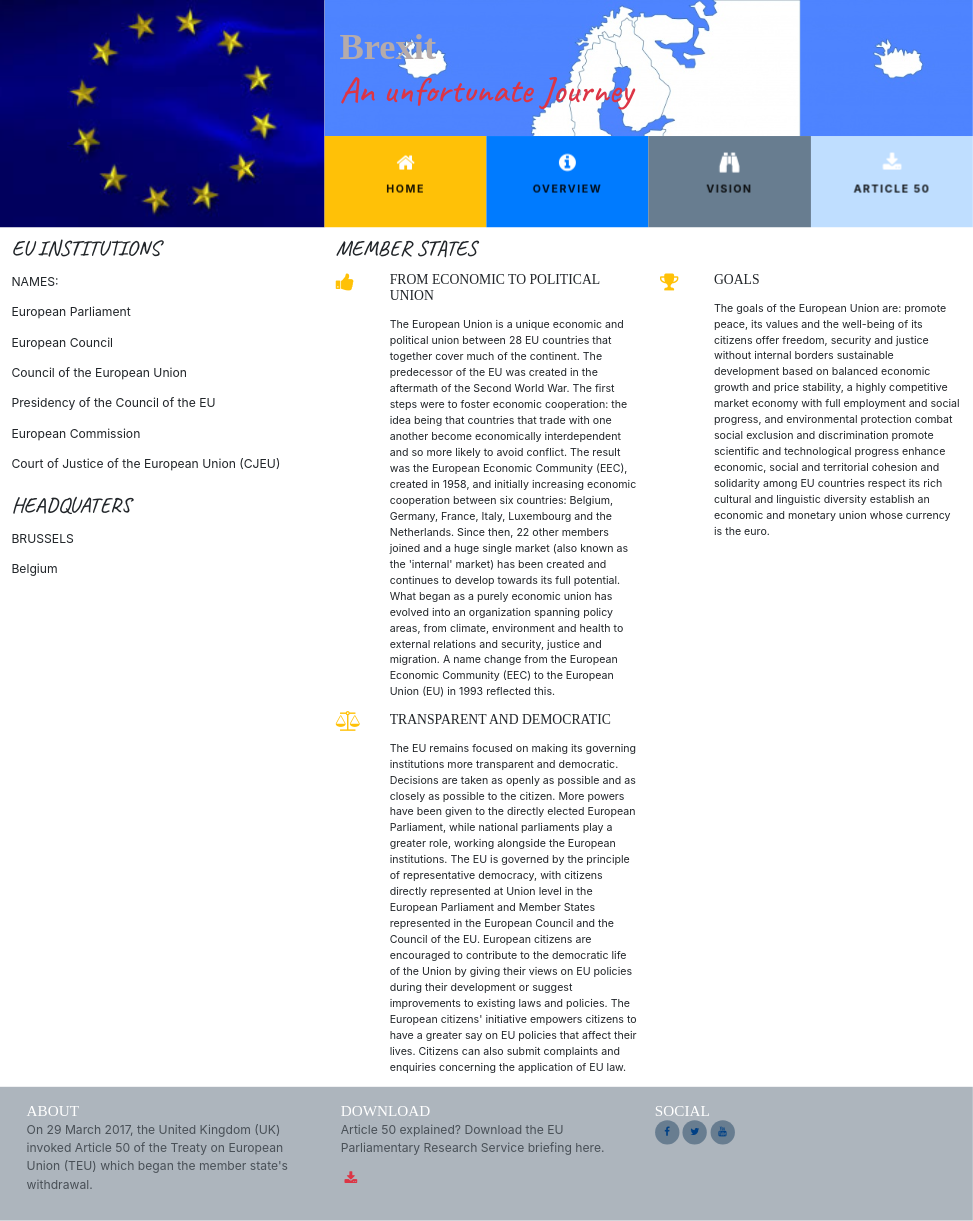
Repository: isiko1/Milestone_Project_One
Page: index.html
The author's editor kept a record of every edit. The page is drawn from the files as they stood at one moment, then again after the next edit.
The browser window is 1280 px wide. The pictures show the whole page, at 76% of full size.
Some web fonts or font styles are not loaded; a fallback is used.

Above is the page before.

After the next edit:
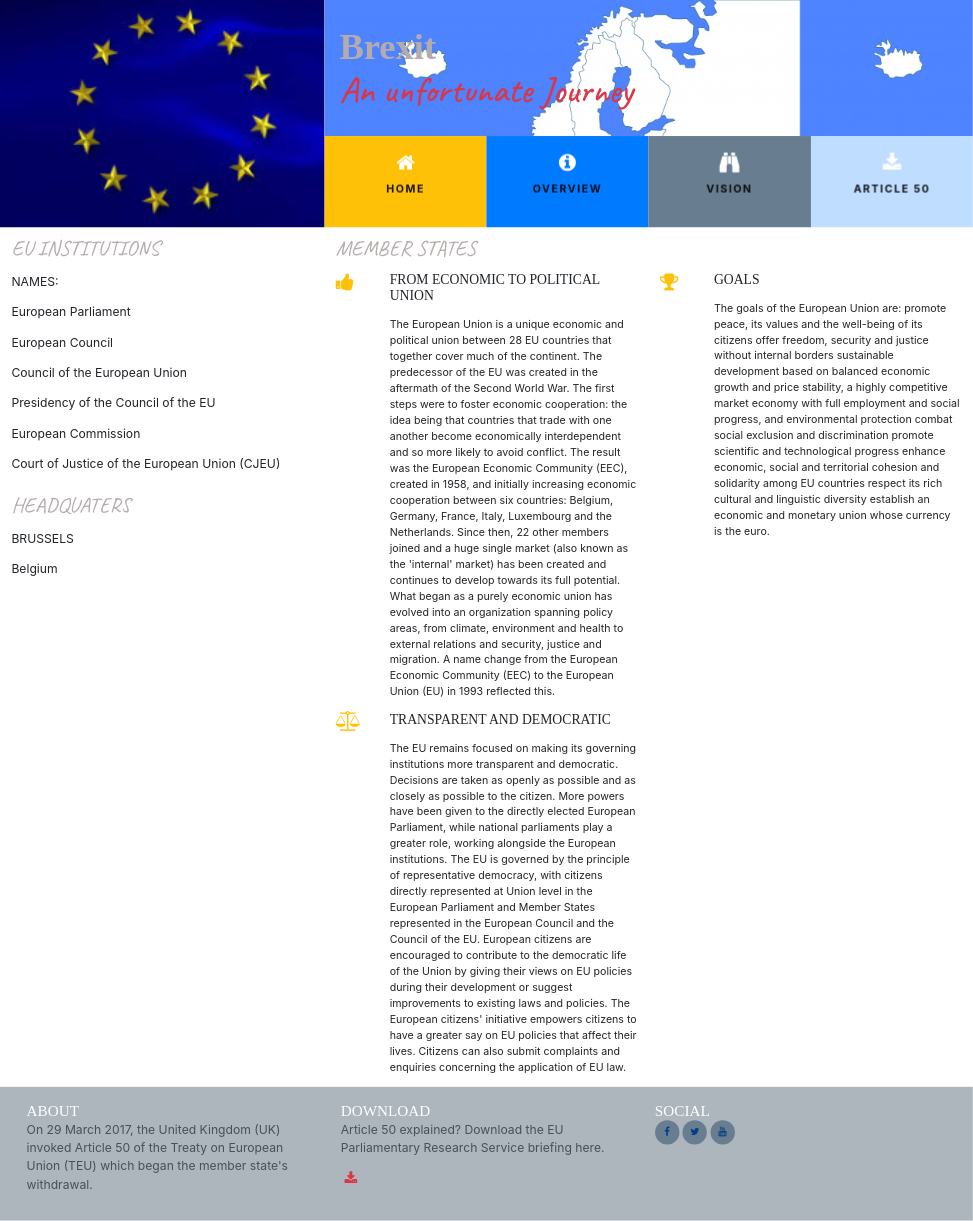
The edit:
--- a/info/css/style.css
+++ b/info/css/style.css
@@ -157,6 +157,8 @@
     margin-top: 10px;
     margin-bottom: 15px;
     font-family: "Caveat", sans-serif;
+    font-weight: 300;
+    color: #b5abab;
 }
 
 .members-heading {
